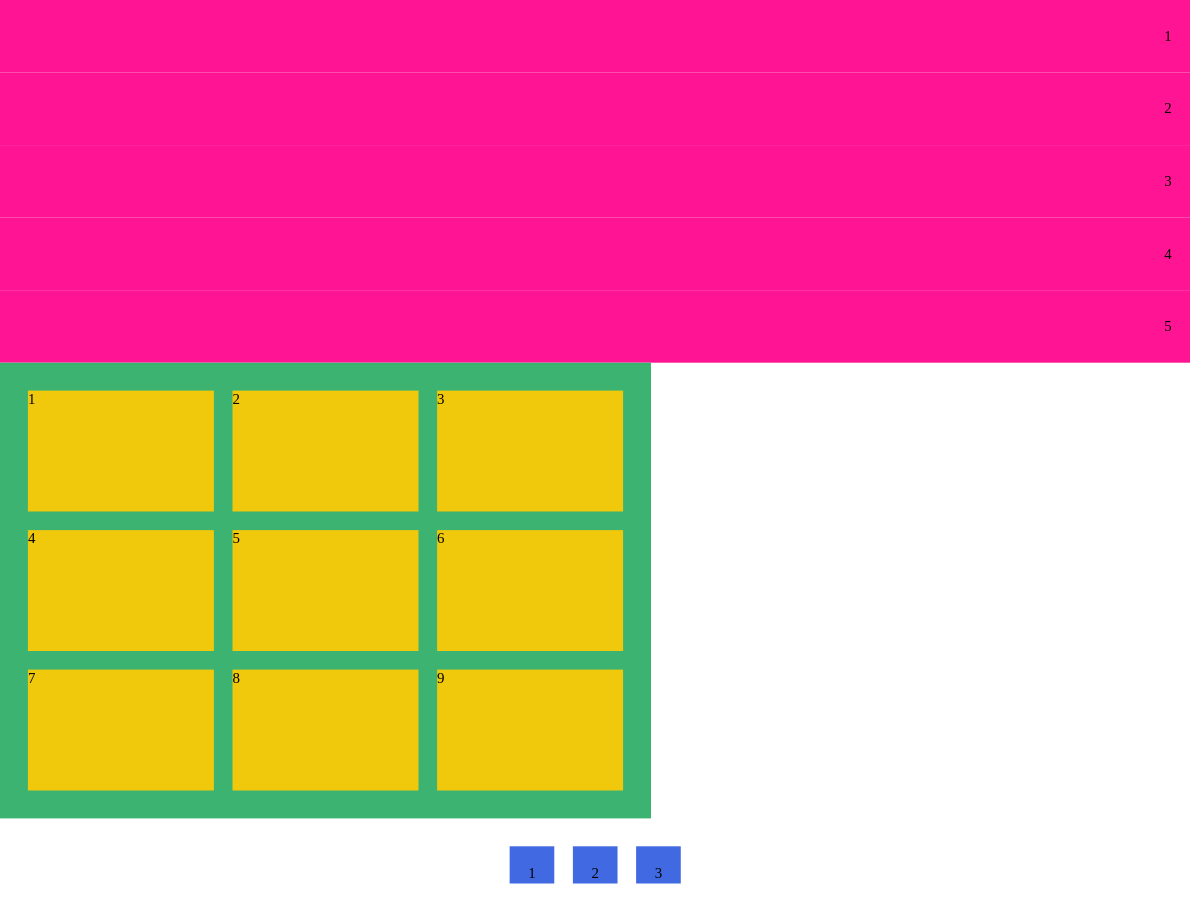
Repository: TsuKou/MainContents
Page: flex1/flex1.html
The author's editor kept a record of every edit. The page is drawn from the files as they stood at one moment, then again after the next edit.
The browser window is 1280 px wide. The pictures show the whole page, at 93% of full size.

Above is the page before.

After the next edit:
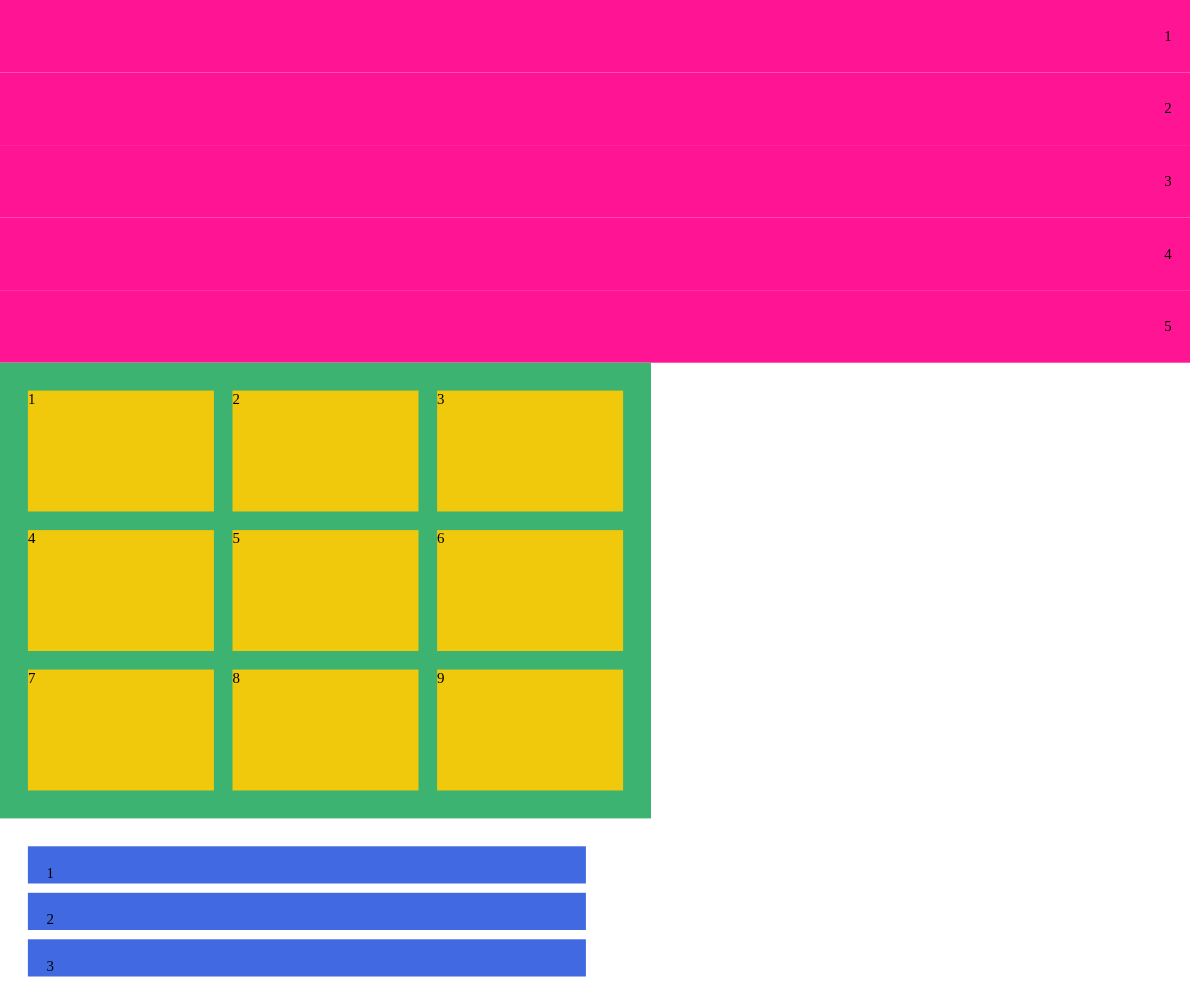
The edit:
--- a/flex1/flex1.css
+++ b/flex1/flex1.css
@@ -66,9 +66,7 @@
 
 .f-box-g {
   padding: 20px;
-  display: flex;
-  flex-wrap: wrap;
-  justify-content: center;
+
 }
 
 .f-box-g > div {
